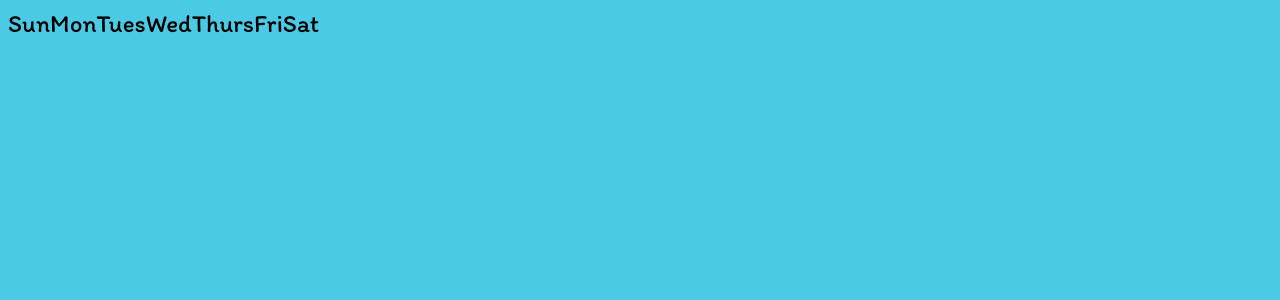
Repository: Jazinha/Hello-kitty-weather
Page: forecast.html
These files come from the project's save history. The page is drawn as it stood at one moment and after the next save; the edit follows.
The browser window is 1280 px wide. The pictures show the whole page.

Above is the page before, as saved 2023-02-04 17:52:48.

After the next save:
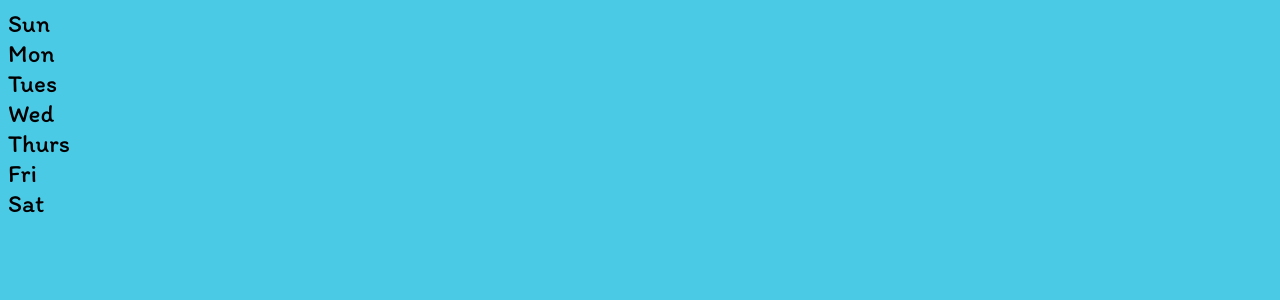
Saved 69 s later.
--- a/style.css
+++ b/style.css
@@ -46,6 +46,7 @@
 .days-week {
     display: flex;
     flex-flow: row wrap;
+    display:block
   }
 
   /* This code is just to style the inner div elements. */

After the save that followed:
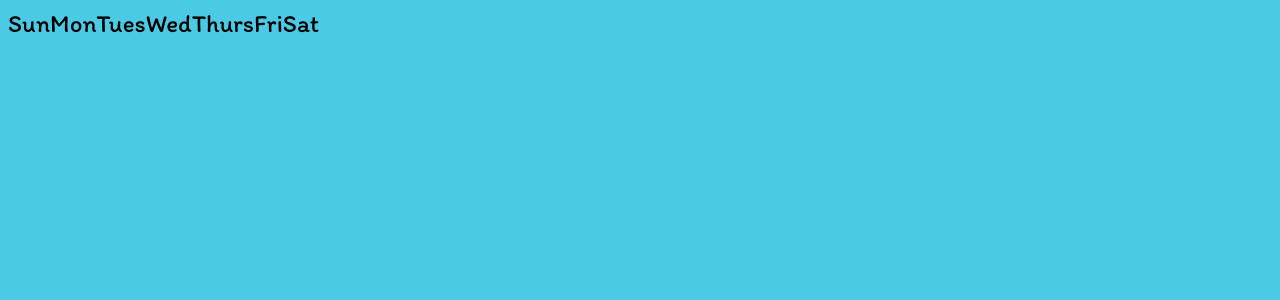
Saved 15 s later.
--- a/style.css
+++ b/style.css
@@ -46,7 +46,6 @@
 .days-week {
     display: flex;
     flex-flow: row wrap;
-    display:block
   }
 
   /* This code is just to style the inner div elements. */
